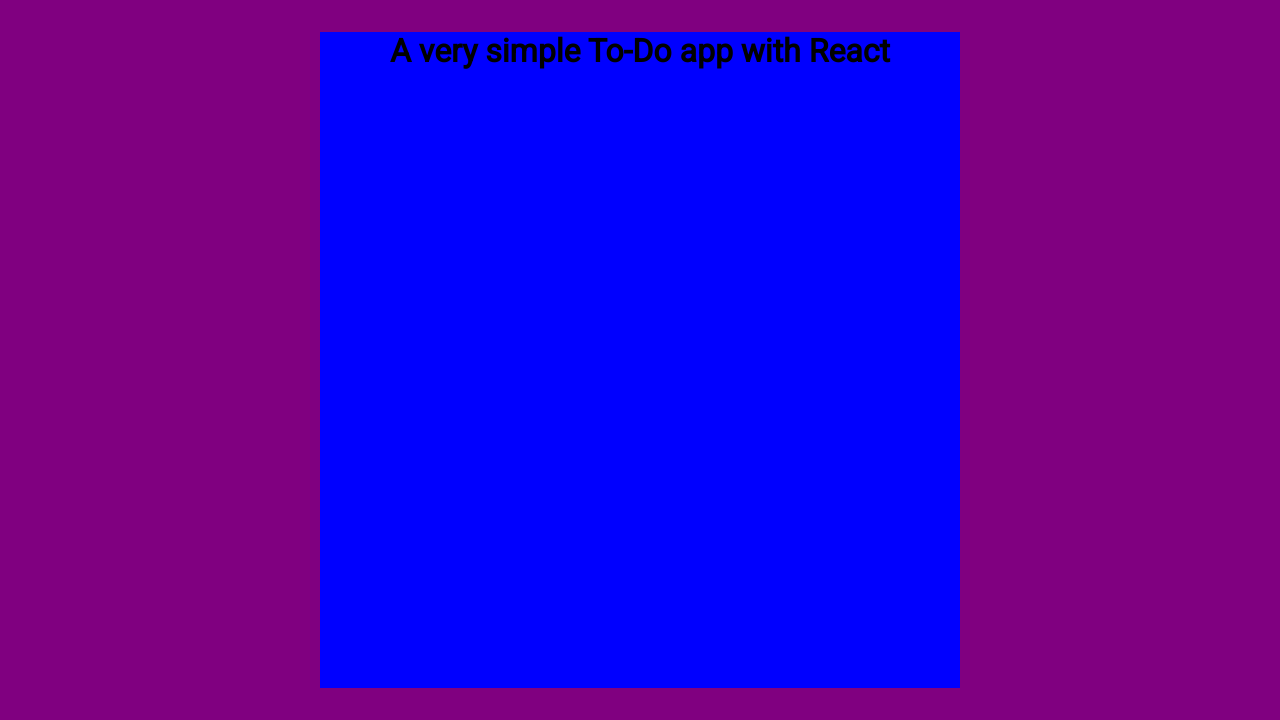
Repository: darioskpavoni/to-do-react
Page: /
An editor plug-in stored every save of this project. The page is shown before and after the next save, followed by the edit.
The browser window is 1280 px wide. The pictures show the whole page.
The project was rebuilt for these pictures with package versions that can differ from the ones it lists, and the page was loaded fresh each time. Also part of the build but not shown: vite.config.ts.

Above is the page before, as saved 2023-03-19 23:53:01.

### index.html
<!DOCTYPE html>
<html lang="en">
  <head>
    <meta charset="UTF-8" />
    <link rel="icon" type="image/svg+xml" href="/react.svg" />
    <meta name="viewport" content="width=device-width, initial-scale=1.0" />
    <title>To-Do App - React</title>
  </head>
  <body>
    <div id="root"></div>
    <script type="module" src="/src/main.tsx"></script>
  </body>
</html>

### src/App.tsx
import { useState } from "react";
import "./App.css";

function App() {
  return (
    <div className="App">
      <h1>A very simple To-Do app with React</h1>
    </div>
  );
}

export default App;

### src/index.css
* {
  margin: 0;
  padding: 0;
}

:root,
body,
body > #root {
  height: 100%;
  width: 100%;
}

#root {
  background-color: purple;
  display: flex;
  flex-direction: column;
  align-items: center;
}

### src/App.css
@import url("https://fonts.googleapis.com/css2?family=Roboto:wght@300;400&display=swap");

.App {
  margin: 2rem;
  height: 100%;
  width: 50%;
  background-color: blue;
  display: flex;
  flex-direction: column;
  justify-content: flex-start;
  align-items: center;

  font-family: "Roboto", sans-serif;
  font-weight: 300;
}

Loaded but not shown: src/main.tsx (common file)

After the next save:
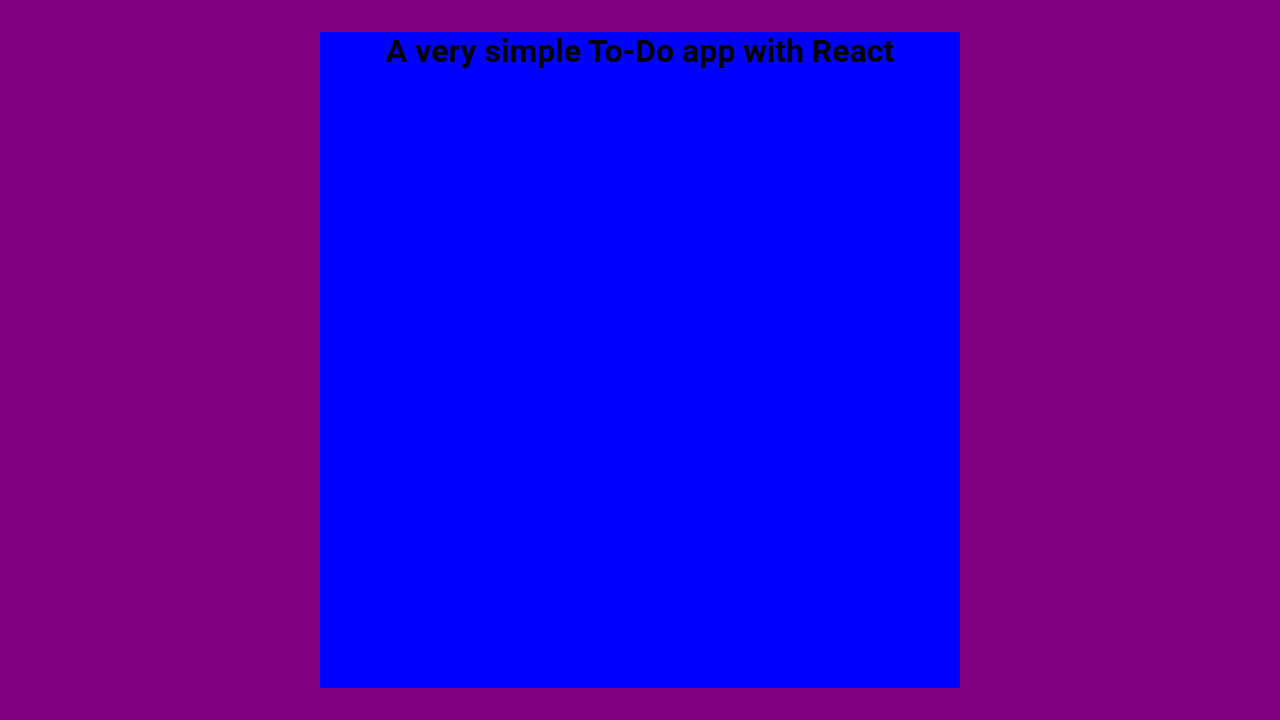
Saved 25 s later.
--- a/src/App.css
+++ b/src/App.css
@@ -1,5 +1,3 @@
-@import url("https://fonts.googleapis.com/css2?family=Roboto:wght@300;400&display=swap");
-
 .App {
   margin: 2rem;
   height: 100%;

After the 2 saves that followed:
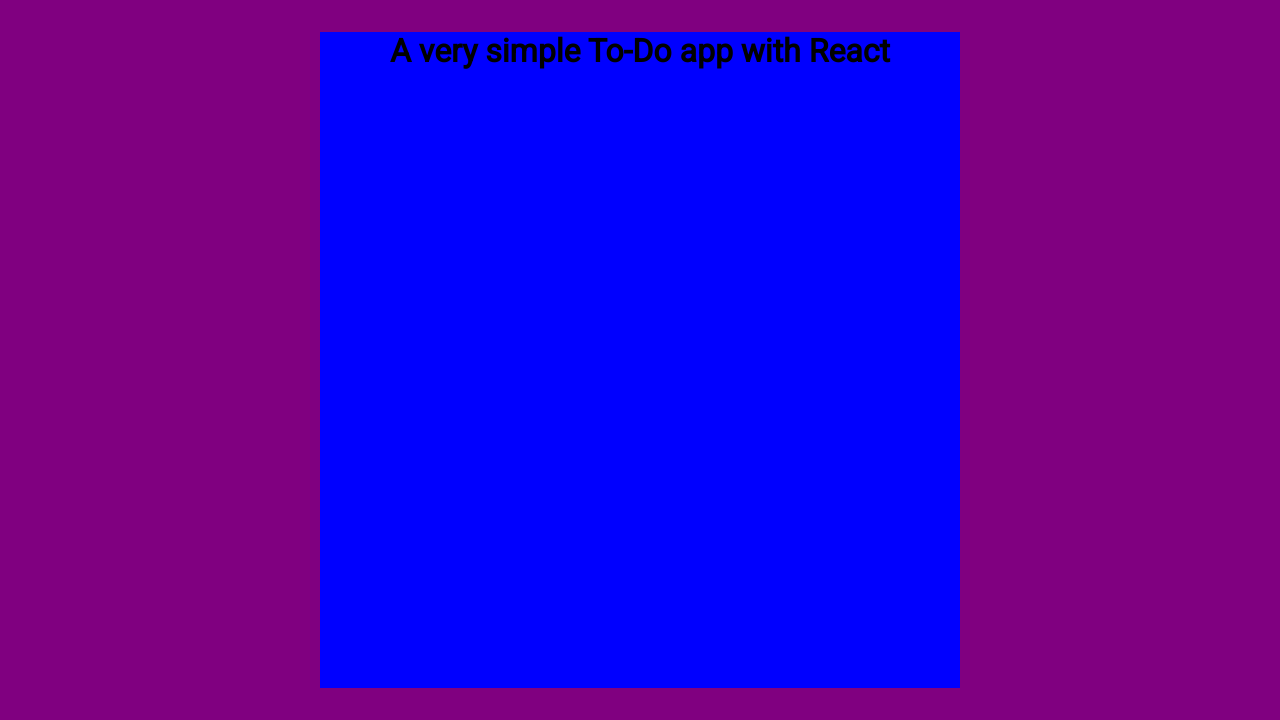
The 2 saves are shown as one change because they came seconds apart.
The last was saved 4 s later.
--- a/src/index.css
+++ b/src/index.css
@@ -1,3 +1,5 @@
+@import url("https://fonts.googleapis.com/css2?family=Roboto:wght@300;400&display=swap");
+
 * {
   margin: 0;
   padding: 0;
